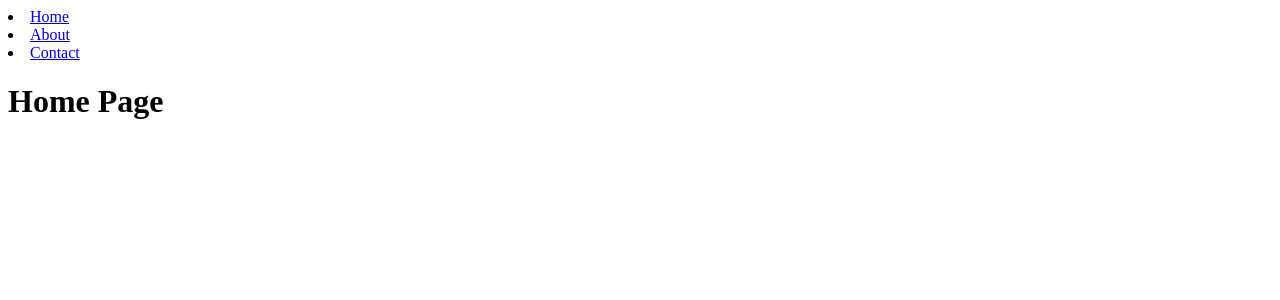
Repository: Rian1010/Flask
Page: http://localhost/
The author's editor kept a record of every edit. The page is drawn from the files as they stood at one moment, then again after the next edit.
The browser window is 1280 px wide. The pictures show the whole page.
The page is served by the project's application, run on Flask 3 (run.py).

Above is the page before.

After the next edit:
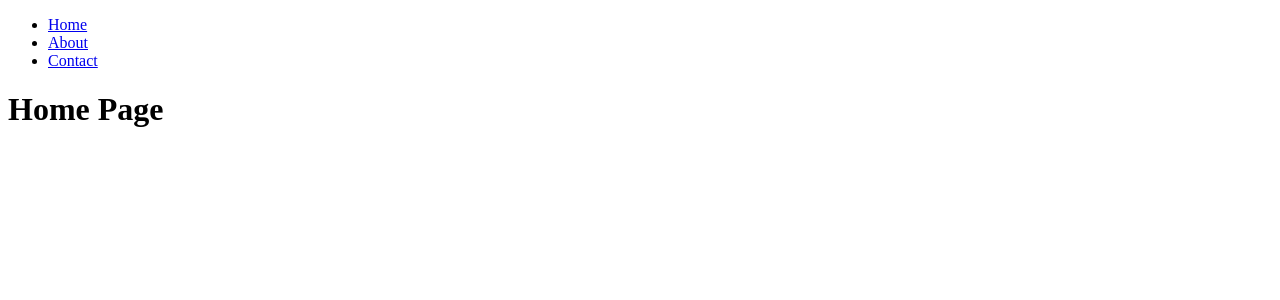
The edit:
--- a/templates/index.html
+++ b/templates/index.html
@@ -10,6 +10,7 @@
 
 <body>
     <nav>
+        <ul>
         <li><a href="{{ url_for('index') }}">Home</a></li>
         <li><a href="{{ url_for('about') }}">About</a></li>
         <li><a href="{{ url_for('contact') }}">Contact</a></li>
